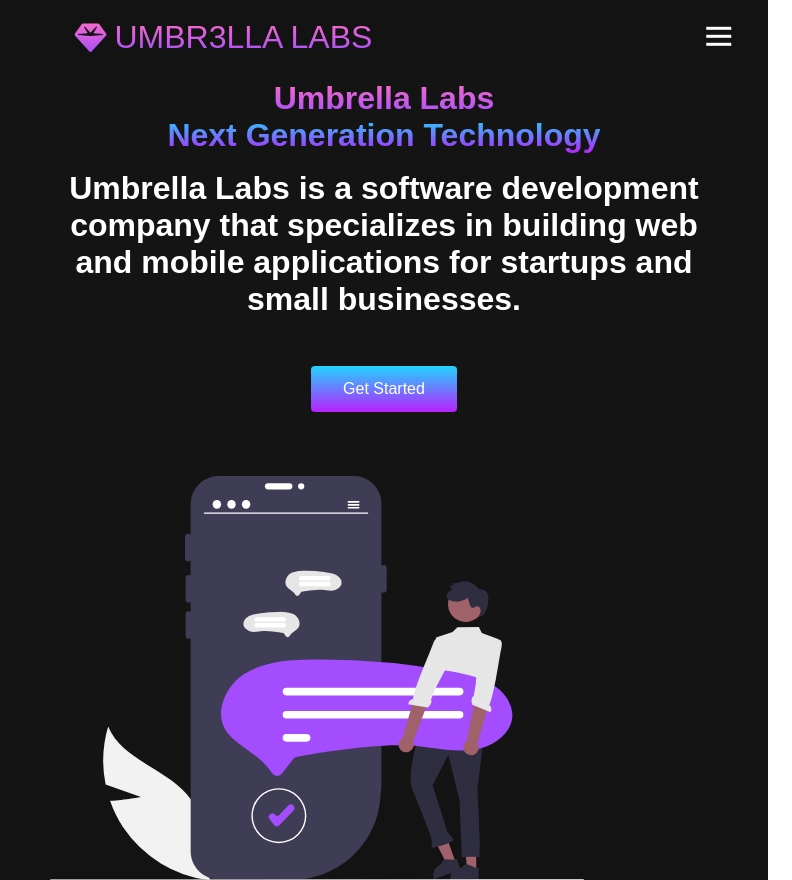
Repository: MikeeBuilds/umbr3lla
Page: index.html
These files come from the project's save history. The page is drawn as it stood at one moment and after a run of saves; the edit follows.
The browser window is 768 px wide. The page is 792 px wide, so the pictures cover 792 px, including what lies to the right of the window. The pictures show the whole page.
Some web fonts or font styles are not loaded; a fallback is used. Some web libraries are served in a nearby version.

Above is the page before, as saved 2023-05-27 19:57:59.

After the next 5 saves:
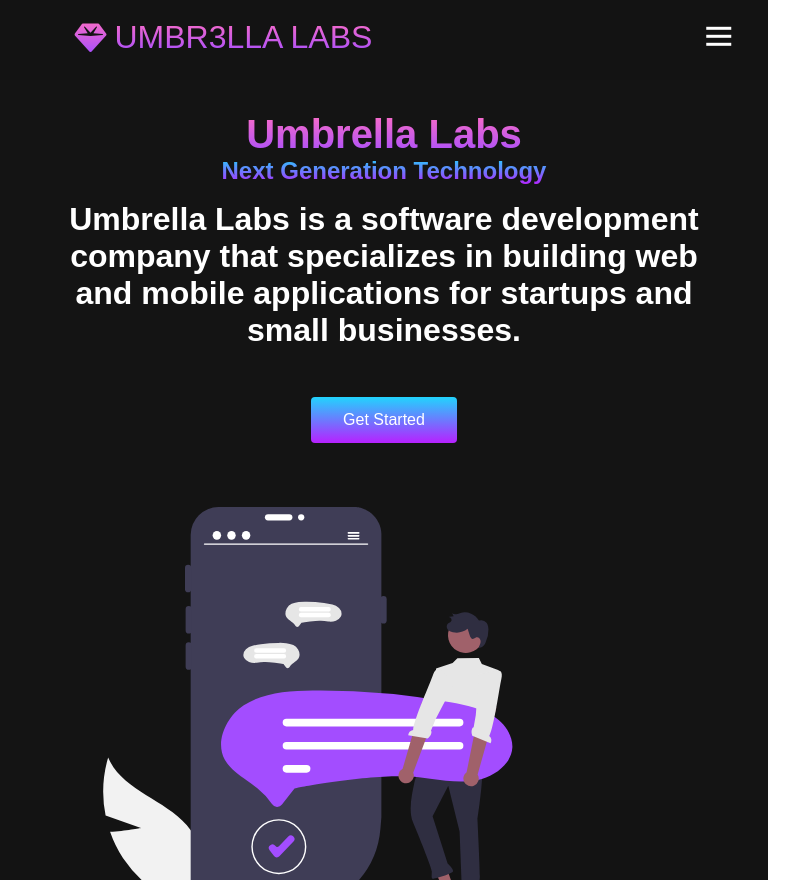
The 5 saves are shown as one change because they came seconds apart.
The last was saved 15 s later.
--- a/styles.css
+++ b/styles.css
@@ -325,6 +325,11 @@
     }
 
     .main__content h1 {
-        font-size: 2rem;
-    }
-}
+        font-size: 2.5rem;
+        margin-top: 2rem;
+    }
+
+    .main__content h2 {
+        font-size: 1.5rem;
+    }
+}
